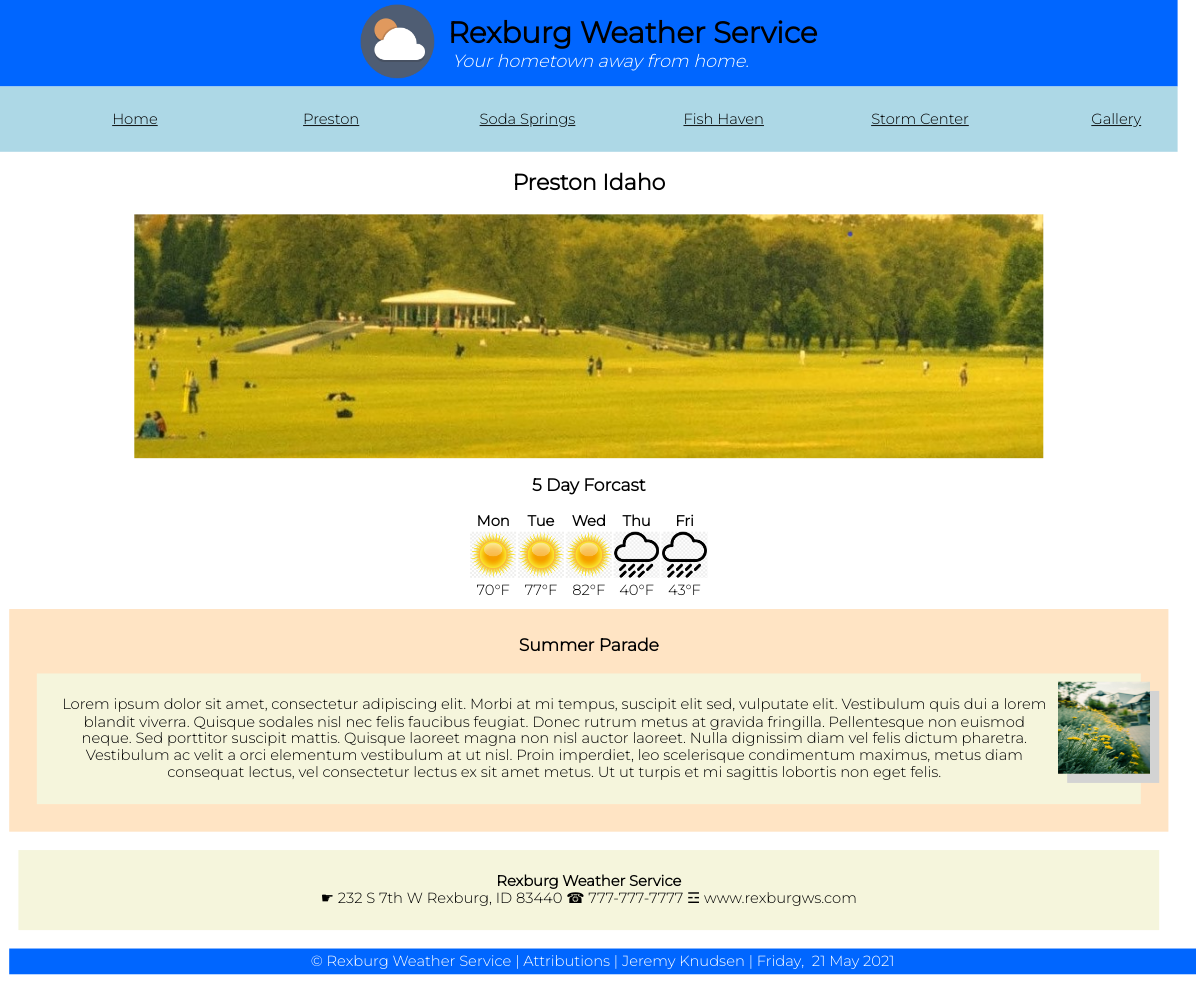
Repository: jknudsen97/jknudsen97.github.io
Page: lesson05/preston-5.html
These files come from the project's save history. The page is drawn as it stood at one moment and after the next save; the edit follows.
The browser window is 1280 px wide. The page is 1300 px wide, so the pictures cover 1300 px, including what lies to the right of the window. The pictures show the whole page, at 92% of full size.

Above is the page before, as saved 2021-05-22 16:34:28.

After the next save:
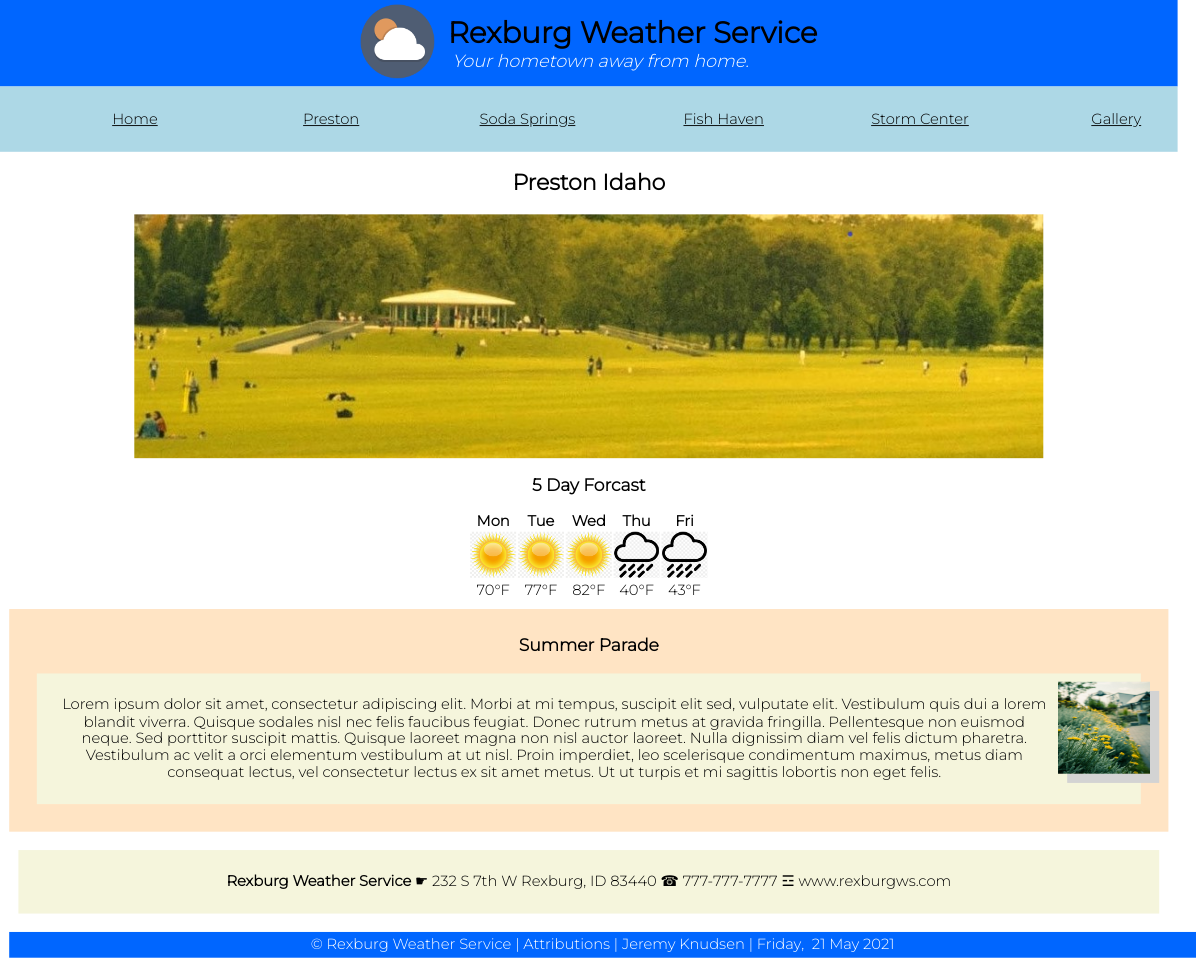
Saved 4 min 49 s later.
--- a/lesson05/preston-5.html
+++ b/lesson05/preston-5.html
@@ -90,11 +90,12 @@
             </div>
         </div>
         <div>
-            <p class="contact"><b>Rexburg Weather Service</b>
+            <p class="contact-info"><b>Rexburg Weather Service</b>
             &#9755;	232 S 7th W
             Rexburg, ID 83440
             &#9742; 777-777-7777
             &#9778; www.rexburgws.com</p>
+
         </div>
     </main>
     <footer>

After the save that followed:
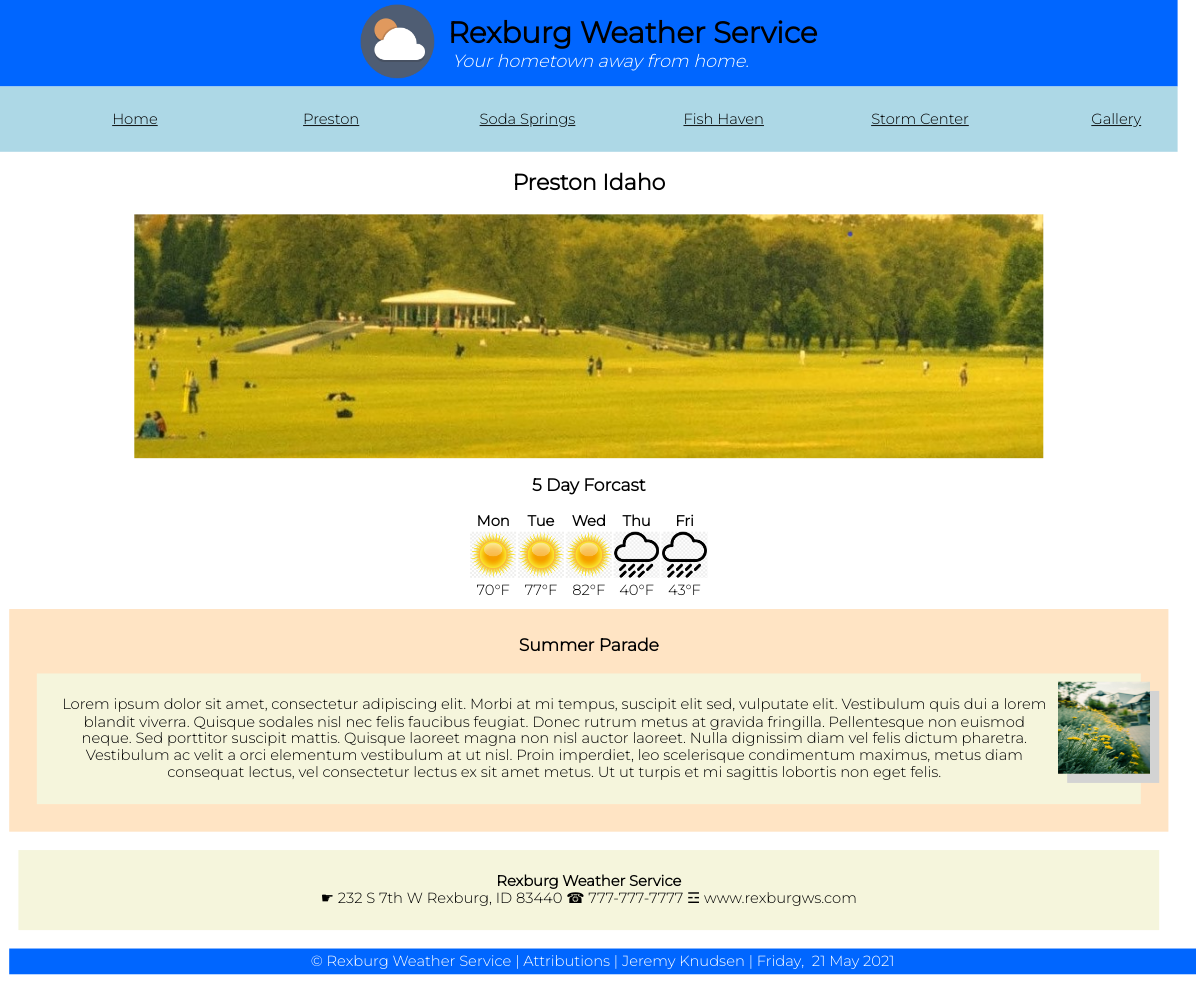
Saved 13 s later.
--- a/lesson05/css/main.css
+++ b/lesson05/css/main.css
@@ -179,7 +179,7 @@ footer {
     display: none;
 }
 
-.contact{
+.contact-info{
     display: flex;
     flex-direction: column;
 }
